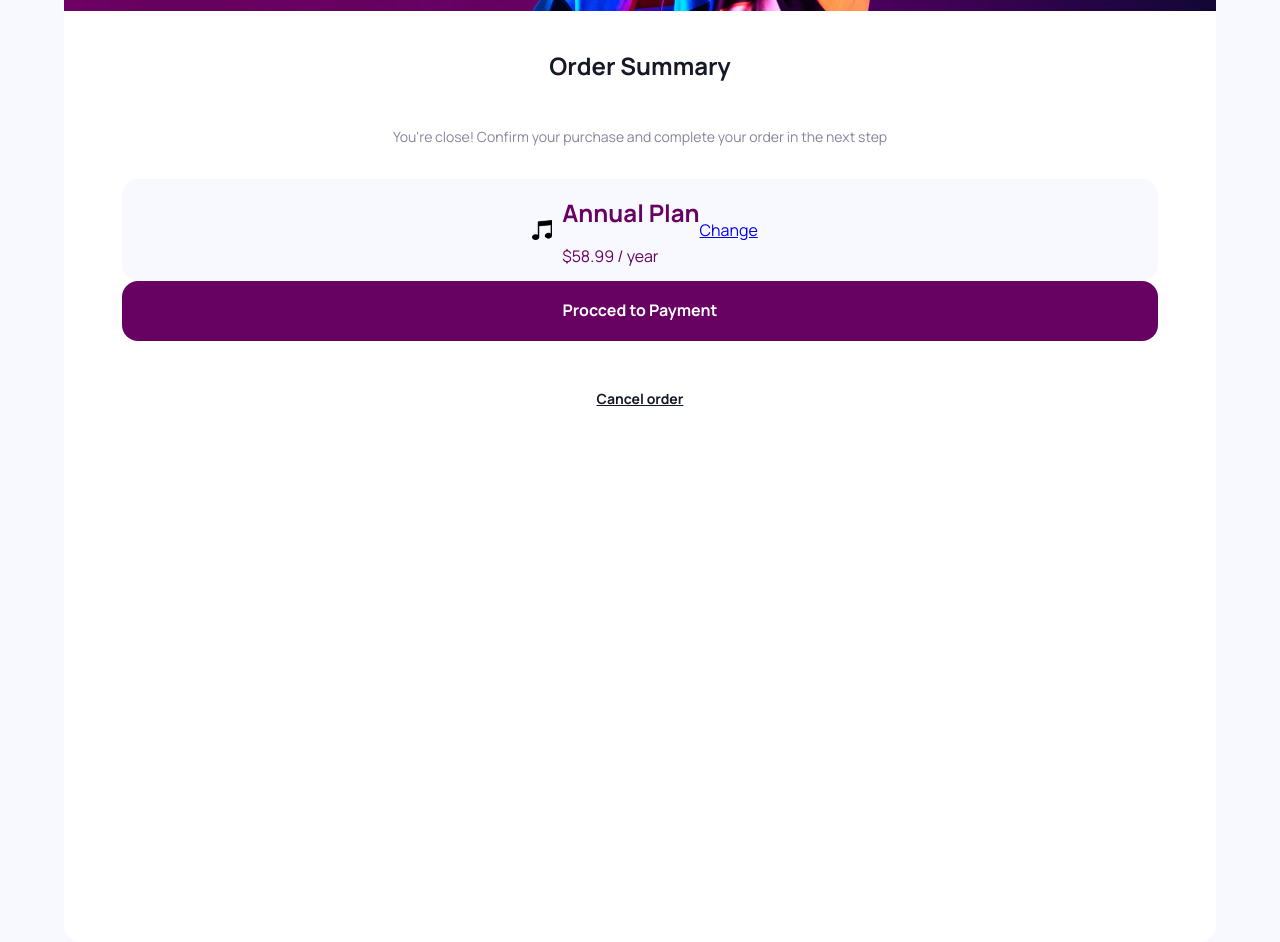
Repository: ssynowiec/INVO-Academy-solution
Page: /
The author's editor kept a copy of each file at every save. The page is drawn from the files as they stood at one save, then again after the next save.
The browser window is 1280 px wide. The pictures show the whole page.
The project was rebuilt for these pictures with package versions that can differ from the ones it lists, and the page was loaded fresh each time.

Above is the page before, as saved 2023-02-16 10:13:02.

After the next save:
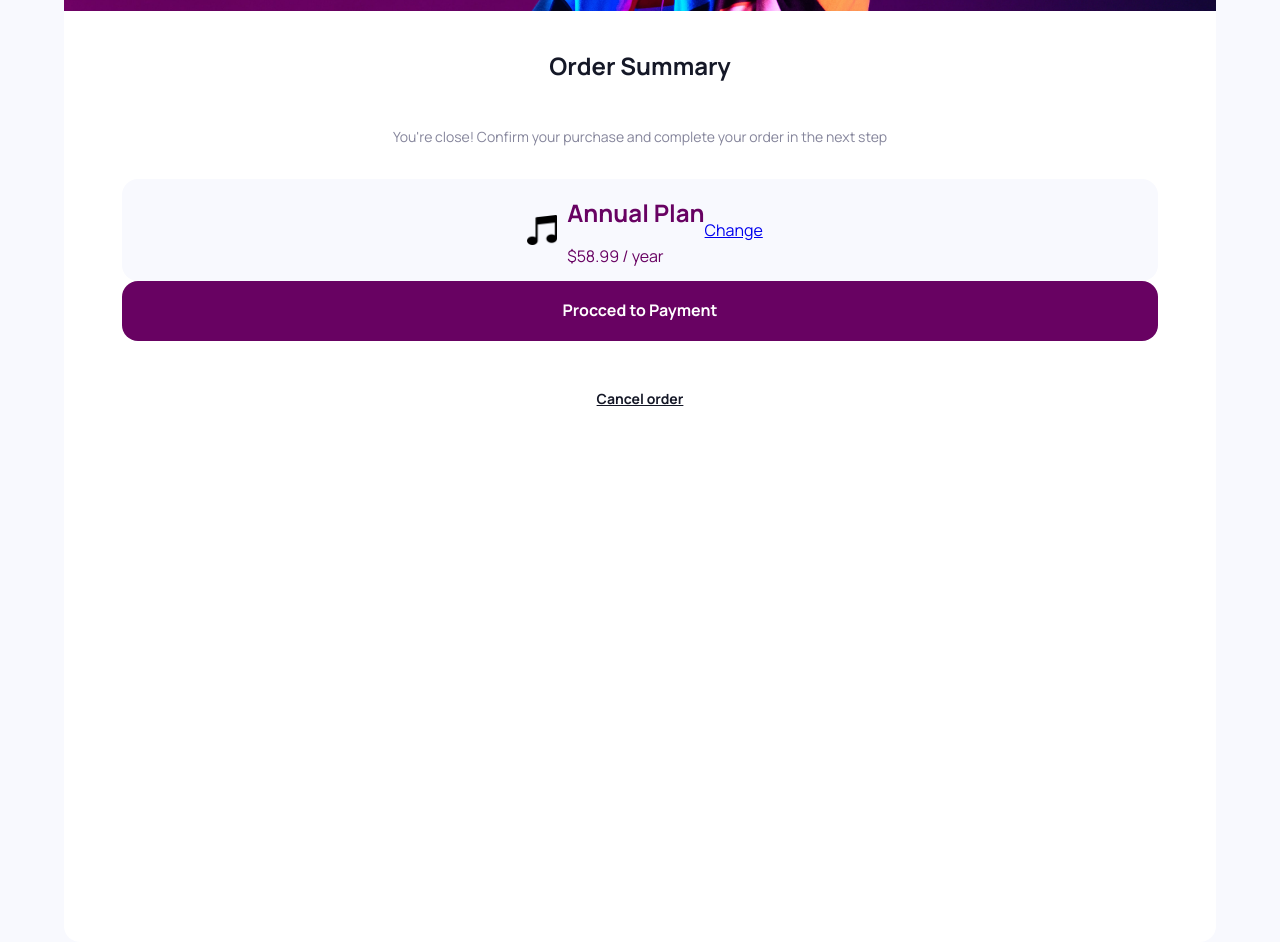
Saved 12 s later.
--- a/src/pages/home-page/styles/home-page.scss
+++ b/src/pages/home-page/styles/home-page.scss
@@ -46,8 +46,8 @@
 	}
 
 	&-icon {
-		width: 20px;
-		height: 20px;
+		width: 30px;
+		height: 30px;
 		margin: 10px;
 	}
 

After the save that followed:
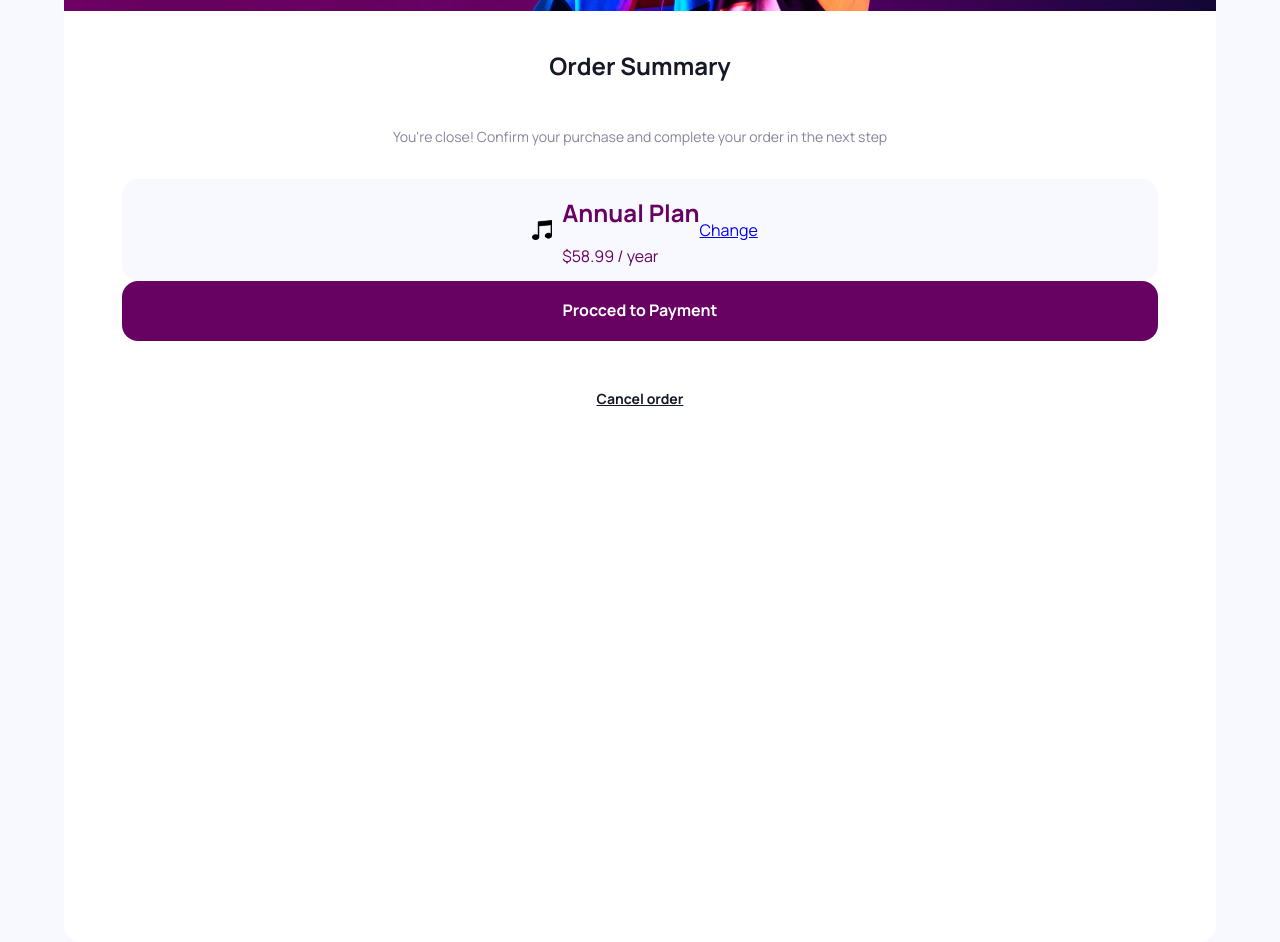
Saved 5 s later.
--- a/src/pages/home-page/styles/home-page.scss
+++ b/src/pages/home-page/styles/home-page.scss
@@ -46,8 +46,8 @@
 	}
 
 	&-icon {
-		width: 30px;
-		height: 30px;
+		width: 20px;
+		height: 20px;
 		margin: 10px;
 	}
 
